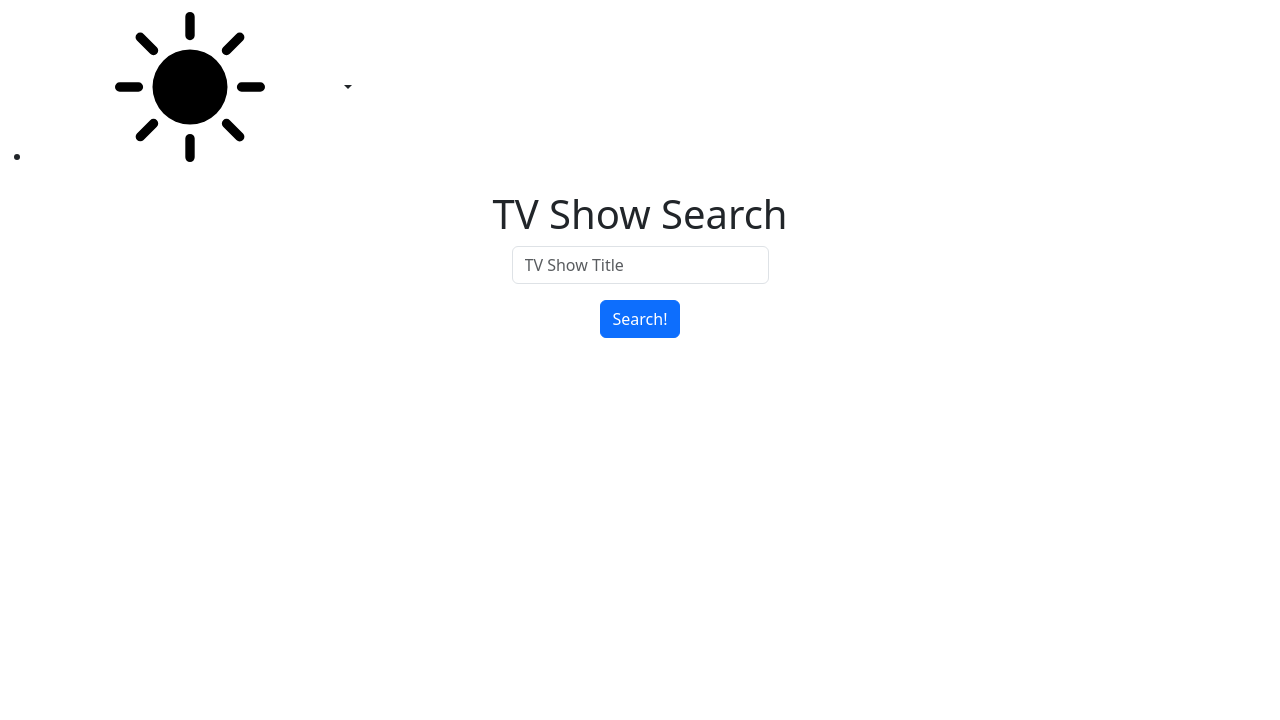
Repository: danieltikamori/wdb
Page: projects/TV-Show-search-app/index.html
The author's editor kept a copy of each file at every save. The page is drawn from the files as they stood at one save, then again after a run of saves.
The browser window is 1280 px wide. The pictures show the whole page.
Some web libraries are served in a nearby version.

Above is the page before, as saved 2023-01-28 21:56:24.

After the next 2 saves:
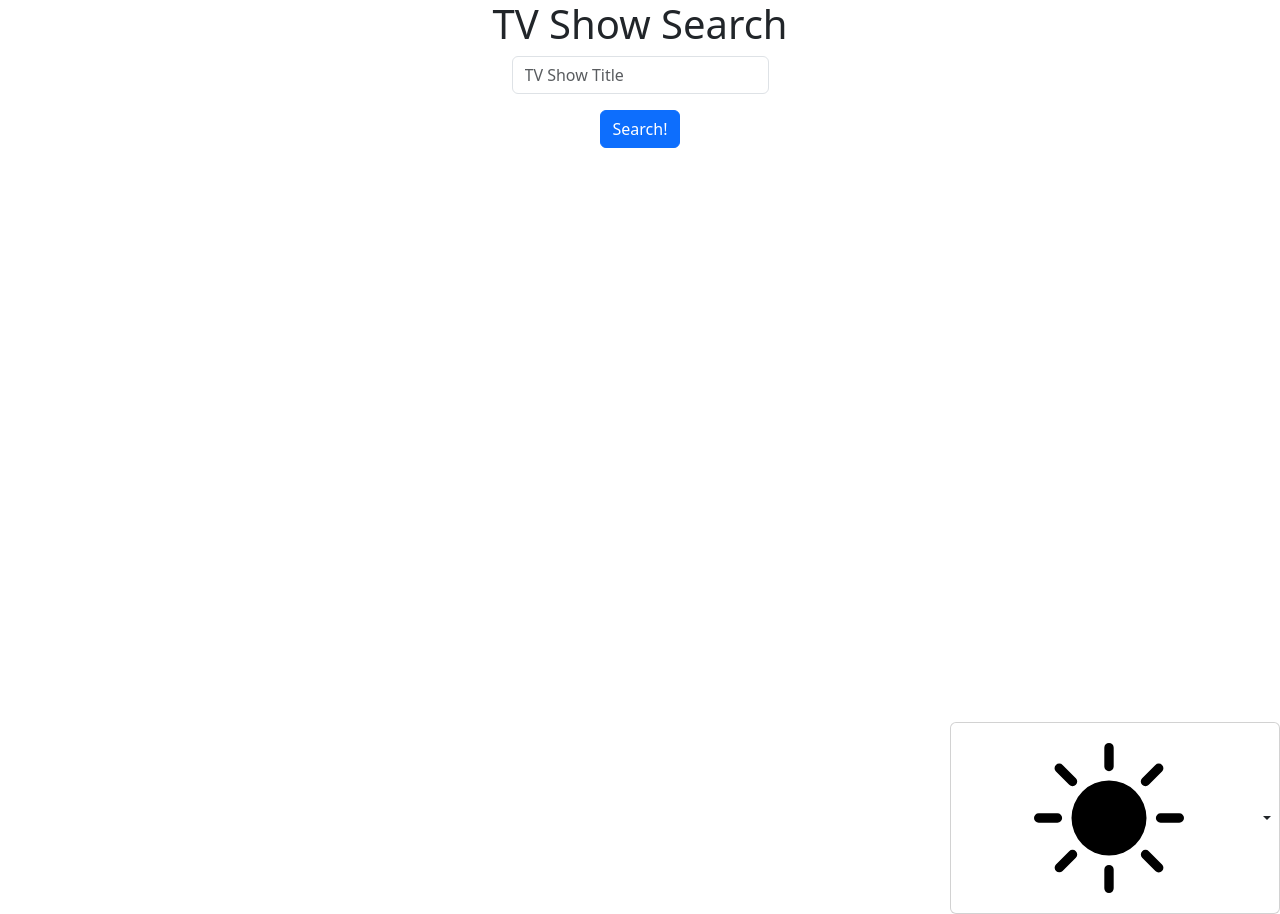
The 2 saves are shown as one change because they came seconds apart.
The last was saved 3 min 38 s later.
--- a/projects/TV-Show-search-app/index.html
+++ b/projects/TV-Show-search-app/index.html
@@ -94,7 +94,7 @@
         <path d="M7 2.5a.5.5 0 0 1 .5-.5h7a.5.5 0 0 1 .5.5v1a.5.5 0 0 1-.5.5h-7a.5.5 0 0 1-.5-.5v-1zM0 12a3 3 0 1 1 6 0 3 3 0 0 1-6 0zm7-1.5a.5.5 0 0 1 .5-.5h7a.5.5 0 0 1 .5.5v1a.5.5 0 0 1-.5.5h-7a.5.5 0 0 1-.5-.5v-1zm0-5a.5.5 0 0 1 .5-.5h5a.5.5 0 0 1 0 1h-5a.5.5 0 0 1-.5-.5zm0 8a.5.5 0 0 1 .5-.5h5a.5.5 0 0 1 0 1h-5a.5.5 0 0 1-.5-.5zM3 1a3 3 0 1 0 0 6 3 3 0 0 0 0-6zm0 4.5a1.5 1.5 0 1 1 0-3 1.5 1.5 0 0 1 0 3z"></path>
       </symbol>
     </svg>
-    <ul>
+    <ul class="dropdown-menu dropdown-menu-end show" aria-labelledby="bd-theme" style="--bs-dropdown-min-width: 8rem;" data-bs-popper="static">
       <li class="nav-item dropdown">
         <button class="btn btn-link nav-link py-2 px-0 px-lg-2 dropdown-toggle d-flex align-items-center" id="bd-theme" type="button" aria-expanded="false" data-bs-toggle="dropdown" data-bs-display="static">
           <svg class="bi my-1 theme-icon-active"><use href="#circle-half"></use></svg>
